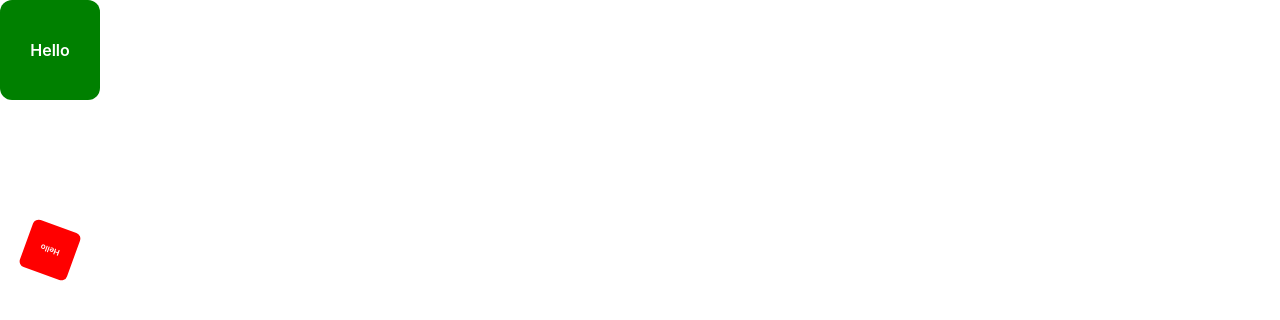
Repository: jr-frazier/visx-test
Page: /svg/1/Square
An editor plug-in stored every save of this project. The page is shown before and after the next save, followed by the edit.
The browser window is 1280 px wide. The pictures show the whole page.
The project was rebuilt for these pictures with package versions that can differ from the ones it lists, and the page was loaded fresh each time. The framework's server and built-in components were replaced by stand-ins that run in the browser. Also part of the build but not shown: next.config.js.

Above is the page before, as saved 2022-05-09 06:11:37.

### pages/svg/1/Square.tsx
import React, { useRef, useEffect } from 'react';
import { gsap, Sine, Elastic } from 'gsap';

export default function Squares({ squares }: { squares: number }) {
    const boxRef = useRef();
    const squaresArray = new Array(squares).fill(0);

    useEffect(() => {
        if (boxRef.current === undefined) return;

        gsap.to(boxRef.current, {
            y: 100,

            ease: 'elastic.easeOut',
            stagger: 0.1,
        });

        gsap.to(boxRef.current, {
            rotation: 200,
            delay: 1,
            scale: 0.5,
            backgroundColor: 'red',
            ease: 'elastic.easeOut',
            stagger: 0.1,
        });
    });
    return (
        <>
            <div
                style={{
                    width: '100px',
                    height: '100px',
                    borderRadius: '12px',
                    display: 'flex',
                    alignItems: 'center',
                    justifyContent: 'center',
                    textAlign: 'center',
                    background: 'green',
                    fontWeight: 600,
                    color: 'white',
                }}
                className="box"
                ref={boxRef}
            >
                Hello
            </div>
            <div
                style={{
                    width: '100px',
                    height: '100px',
                    borderRadius: '12px',
                    display: 'flex',
                    alignItems: 'center',
                    justifyContent: 'center',
                    textAlign: 'center',
                    background: 'green',
                    fontWeight: 600,
                    color: 'white',
                }}
                className="box"
                ref={boxRef}
            >
                Hello
            </div>
            {/* {squaresArray.map((_, index) => {
                return (
                    <div
                        key={index}
                        style={{
                            width: '100px',
                            height: '100px',
                            borderRadius: '12px',
                            display: 'flex',
                            alignItems: 'center',
                            justifyContent: 'center',
                            textAlign: 'center',
                            background: 'green',
                            fontWeight: 600,
                            color: 'white',
                        }}
                        className="box"
                        ref={boxRef}
                    >
                        Hello
                    </div>
                );
            })} */}
        </>
    );
}

Loaded but not shown: pages/_app.tsx (common file); styles/globals.css (common file)

After the next save:
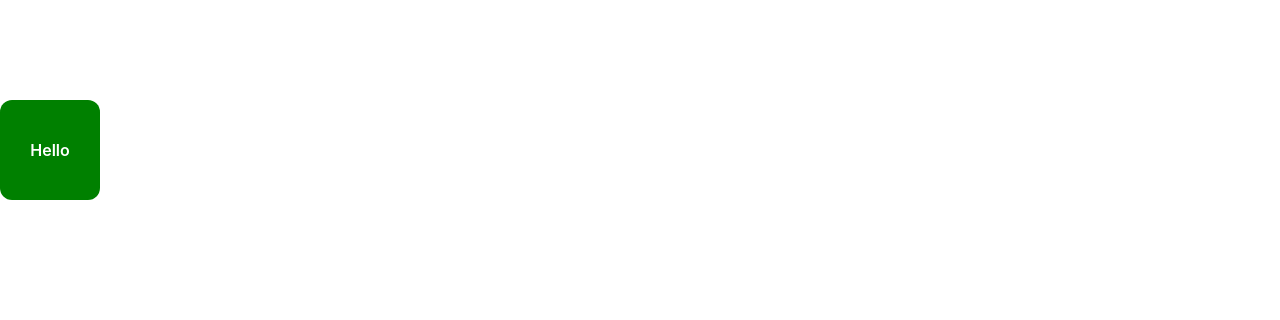
Saved 2 min 17 s later.
--- a/pages/svg/1/Square.tsx
+++ b/pages/svg/1/Square.tsx
@@ -3,6 +3,7 @@ import { gsap, Sine, Elastic } from 'gsap';
 
 export default function Squares({ squares }: { squares: number }) {
     const boxRef = useRef();
+    const q = gsap.utils.selector(boxRef)
     const squaresArray = new Array(squares).fill(0);
 
     useEffect(() => {
@@ -15,7 +16,7 @@ export default function Squares({ squares }: { squares: number }) {
             stagger: 0.1,
         });
 
-        gsap.to(boxRef.current, {
+        gsap.to(q(".box"), {
             rotation: 200,
             delay: 1,
             scale: 0.5,
@@ -26,7 +27,7 @@ export default function Squares({ squares }: { squares: number }) {
     });
     return (
         <>
-            <div
+            {/* <div
                 style={{
                     width: '100px',
                     height: '100px',
@@ -61,8 +62,8 @@ export default function Squares({ squares }: { squares: number }) {
                 ref={boxRef}
             >
                 Hello
-            </div>
-            {/* {squaresArray.map((_, index) => {
+            </div> */}
+            {squaresArray.map((_, index) => {
                 return (
                     <div
                         key={index}
@@ -84,7 +85,7 @@ export default function Squares({ squares }: { squares: number }) {
                         Hello
                     </div>
                 );
-            })} */}
+            })}
         </>
     );
 }
